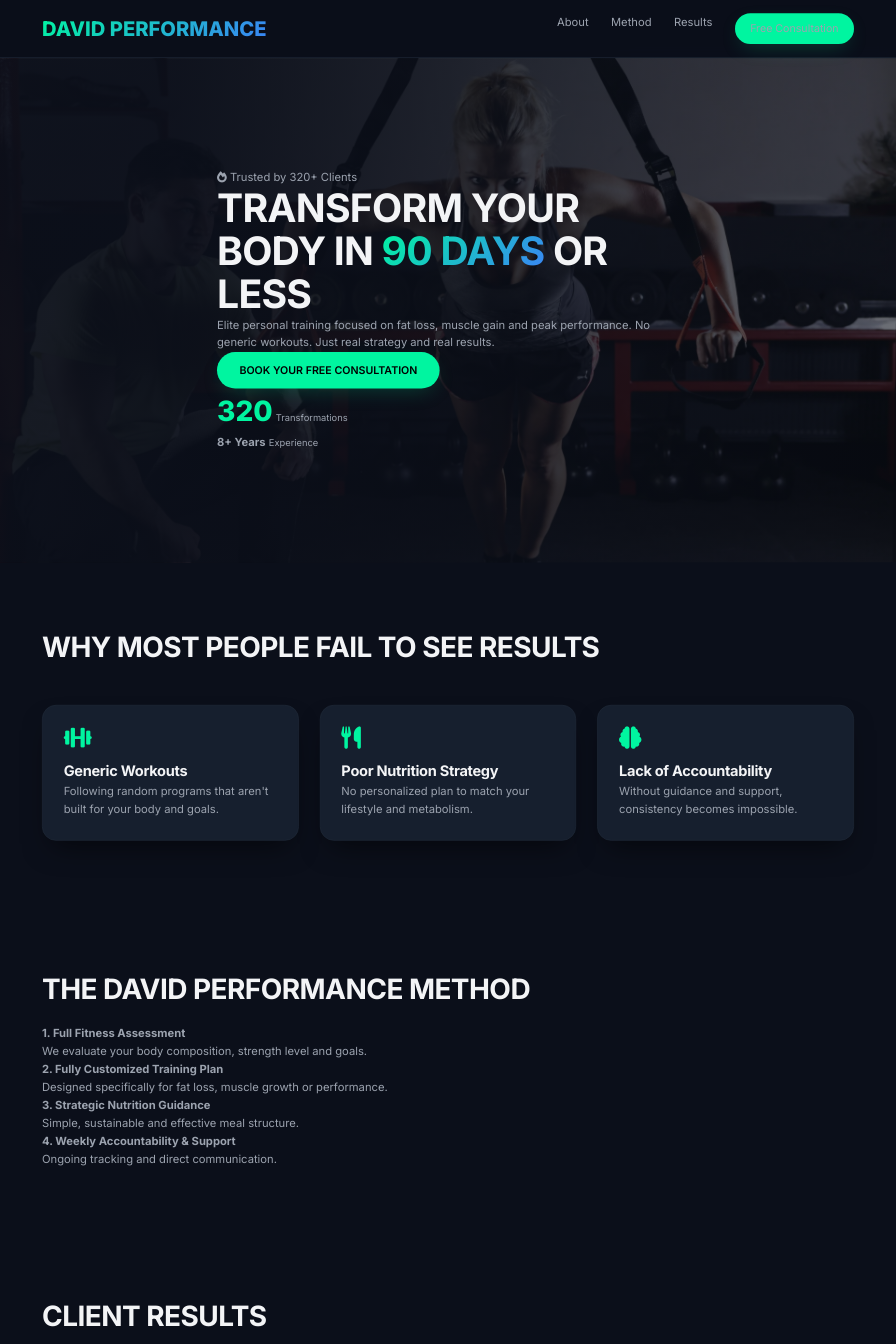
Repository: davidfsillva/Landing-page-pro
Page: index.html
These files come from the project's save history. The page is drawn as it stood at one moment and after the next save; the edit follows.
The browser window is 1280 px wide. The pictures show the part of the page from y = 0 to 1920 px (the page is 3509 px tall), at 70% of full size.

Above is the page before, as saved 2026-02-24 20:45:31.

After the next save:
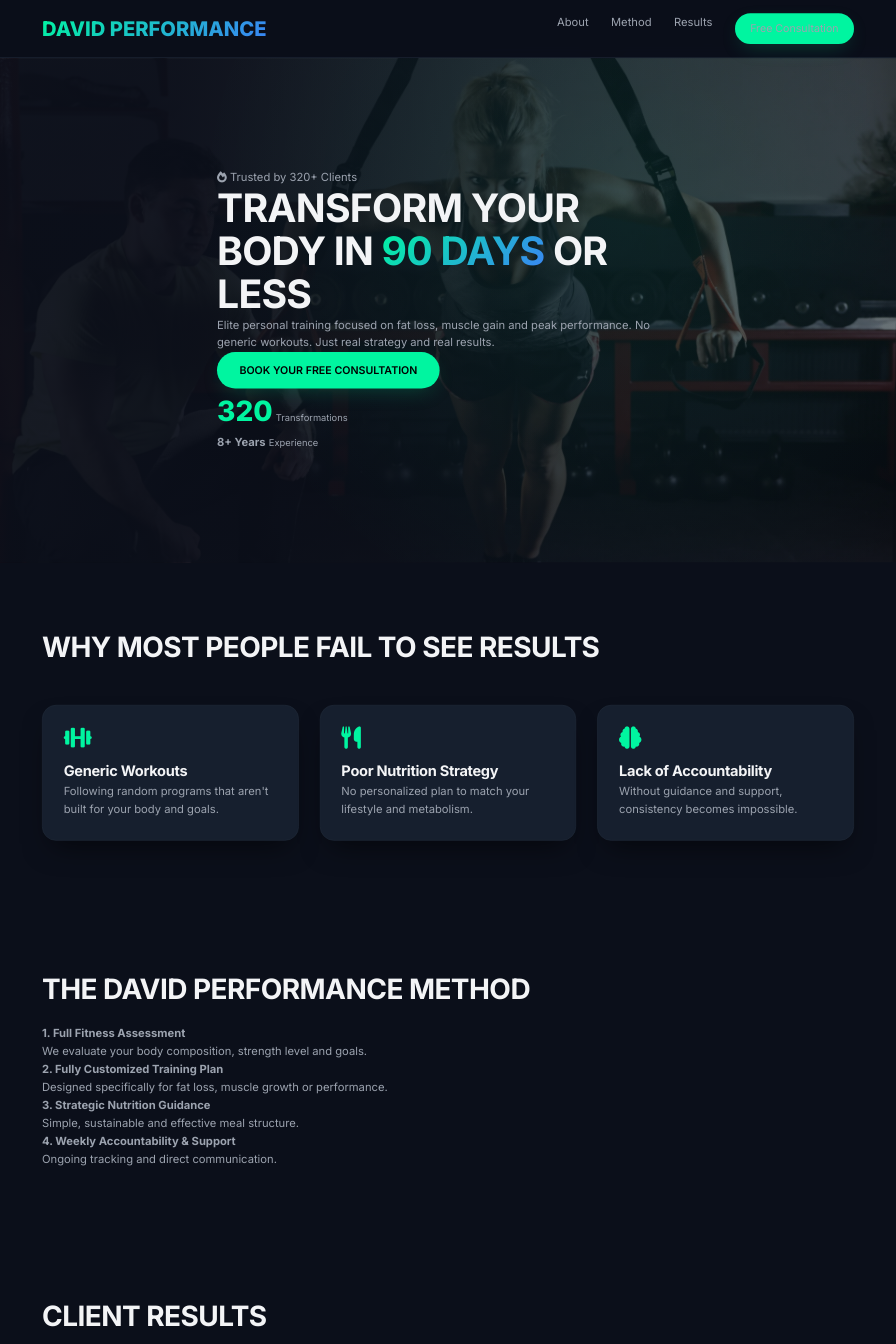
Saved 98 s later.
--- a/style.css
+++ b/style.css
@@ -204,6 +204,13 @@ header {
     overflow: hidden;
 }
 
+.hero-nova::after {
+    content: "";
+    position: absolute;
+    inset: 0;
+    background: radial-gradient(circle at 70% 30%, rgba(0,245,160,0.08), transparent 60%);
+}
+
 .hero-overlay {
     position: absolute;
     inset: 0;
